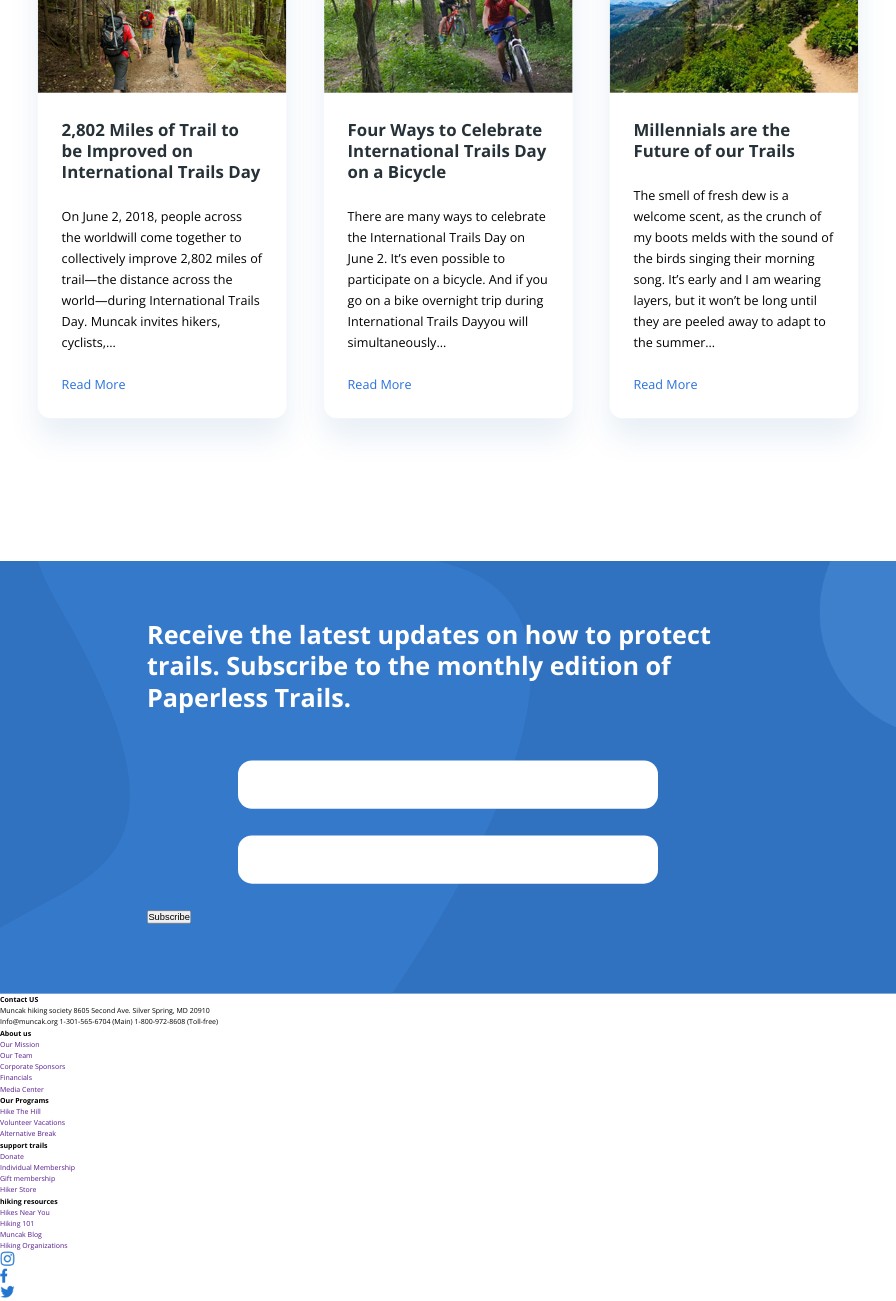
Repository: huubinh98/Project
Page: muncak/index.html
An editor plug-in stored every save of this project. The page is shown before and after the next save, followed by the edit.
The browser window is 1280 px wide. The pictures show the part of the page from y = 3708 to 5628 px (the page is 5567 px tall before and 5628 px after), at 70% of full size.

Above is the page before, as saved 2021-08-28 21:24:03.

### muncak/index.html
<!DOCTYPE html>
<html lang="en">

<head>
    <meta charset="UTF-8">
    <meta http-equiv="X-UA-Compatible" content="IE=edge">
    <meta name="viewport" content="width=device-width, initial-scale=1.0">
    <link rel="stylesheet" href="./style.css">
    <link rel="preconnect" href="https://fonts.googleapis.com">
    <link rel="preconnect" href="https://fonts.gstatic.com" crossorigin>
    <link href="https://fonts.googleapis.com/css2?family=Open+Sans:wght@300;400;600;700&display=swap" rel="stylesheet">
    <title>Muncak</title>
</head>

<body>
    <header class="header">
        <div class="container header-nav">
            <h1 class="logo"><a href="" class="logo-link"><img src="./image/Muncak.png" alt="" class="logo-img"></a>
            </h1>
            <ul class="nav-list">
                <li class="nav-item">
                    <a href="" class="nav-item-link">Home</a>
                </li>
                <li class="nav-item">
                    <a href="" class="nav-item-link">Go Hiking</a>
                </li>
                <li class="nav-item">
                    <a href="" class="nav-item-link">About</a>
                </li>
                <li class="nav-item">
                    <a href="" class="nav-item-link nav-highlight">Login</a>
                </li>
            </ul>
        </div>
        <div class="container-small">
            <h1 class="heading-banner">Lets get the top of Moutain</h1>
            <p class="heading-desc">Here is the hiking information you need to decide
                if it is right for you, and to make it more interesting,
                enjoyable, and safe.</p>
            <a href="#" class="btn c"> Get Started</a>
        </div>
    </header>
    <section class="about">
        <div class="container-small about-wrap">
            <h2 class="heading-name hearding-name-about">We envision a world where everyone
                has permanent access to a hiking trail</h2>
            <div class="about-item">
                <img src="./image/loa.png" alt="loa" class="about-img">
                <div class="about-content">
                    <h4 class="about-content-heading">Advocate</h4>
                    <p class="about-content-desc">We work with Congress, Federal agencies, and partners on policy issues
                        and legislation to ensure funding for trails, preservation of natural areas, and protection of
                        the hiking experience.</p>
                </div>
            </div>
            <div class="about-item">
                <img src="./image/bantay.png" alt="loa" class="about-img">
                <div class="about-content">
                    <h4 class="about-content-heading">Volunteer </h4>
                    <p class="about-content-desc">Trails don't maintain themselves. Individuals of any age and
                        experience level can become trail stewards. Give back to the trails you love, meet new people,
                        and enjoy the experience!</p>
                </div>
            </div>
            <div class="about-item">
                <img src="./image/nui.png" alt="loa" class="about-img">
                <div class="about-content">
                    <h4 class="about-content-heading">Explore</h4>
                    <p class="about-content-desc">Feel confident when you set out on your next trail adventure. Check
                        out our free hiking resources like tips for hiking with families, gear checklists, finding the
                        best trail for you.</p>
                </div>
            </div>
            <a href="" class="btn btn-about">Lean more</a>
        </div>
        <div class="container-small about-customer">
            <h2 class="heading-name">With the support of our members, and partners, we've improved trail access for millions of people</h2>
            <div class="customer-content">
                <p class="customer-text">We’ve Mobilized <span>558,768</span> Trail Volunteers</p>
                <p class="customer-text">We’ve Facilitated <span>41,146</span>
                    Miles of Trail Maintenance & Construction</p>
                <p class="customer-text">Volunteers Have Contributed <span>$108 Milion</span> in Volunteer Labor</p>
            </div>
        </div>
    </section>

    <!-- -----------new--------------- -->
    <section class="new">
        <div class="container-small">
            <h2 class="heading-name">Protecting Trails: Current News and Issues</h2>
            <div class="new-content">
                <div class="new-item">
                    <a href="#" class="new-item-picture">
                        <img src="./image/pic1.jpg" alt="pic1" class="new-item-img">
                    </a>
                    <div class="new-item-text">
                        <h3 class="new-item-name">2,802 Miles of Trail to be Improved on International Trails Day</h3>
                        <p class="new-item-desc">On June 2, 2018, people across the worldwill come together to
                            collectively improve 2,802 miles of trail—the distance across the world—during International
                            Trails Day. Muncak invites hikers, cyclists,…</p>
                        <a href="#" class="new-item-link">Read More</a>
                    </div>
                </div>
                <div class="new-item">
                    <a href="#" class="new-item-picture">
                        <img src="./image/pic2.jpg" alt="pic1" class="new-item-img">
                    </a>
                    <div class="new-item-text">
                        <h3 class="new-item-name">Four Ways to Celebrate International Trails Day on a Bicycle</h3>
                        <p class="new-item-desc">There are many ways to celebrate the International Trails Day on June 2. It’s even possible to participate on a bicycle. And if you go on a bike overnight trip during International Trails Dayyou will simultaneously…</p>
                        <a href="#" class="new-item-link">Read More</a>
                    </div>
                </div>
                <div class="new-item">
                    <a href="#" class="new-item-picture">
                        <img src="./image/pic3.jpg" alt="pic1" class="new-item-img">
                    </a>
                    <div class="new-item-text">
                        <h3 class="new-item-name">Millennials are the Future of our Trails</h3>
                        <p class="new-item-desc">The smell of fresh dew is a welcome scent, as the crunch of my boots melds with the sound of the birds singing their morning song. It’s early and I am wearing layers, but it won’t be long until they are peeled away to adapt to the summer…</p>
                        <a href="#" class="new-item-link">Read More</a>
                    </div>
                </div>
            </div>
        </div>
    </section>

    <div class="contact-footer">
        <div class="container form-contact">
            <h5 class="contact-heading">Receive the latest updates on how to protect trails.
                Subscribe to the monthly edition of Paperless Trails.</h5>
            <form action="">
                <input type="text" name="Name" id="" class="form-input">
                <input type="text" name="Email" id="" class="form-input">
                <button type="submit">Subscribe</button>
            </form>
        </div>
        <footer class="footer container">
            <div class="footer-info">
                <div class="footer-item">
                    <h4>Contact US</h4>
                    <p>Muncak hiking society
                        8605 Second Ave.
                        Silver Spring, MD 20910</p>
                    <p>
                        <span>Info@muncak.org</span>
                        <span>1-301-565-6704 (Main)</span>
                        <span>1-800-972-8608 (Toll-free)</span>
                    </p>
                </div>
                <div class="footer-item">
                    <h4>About us</h4>
                    <ul>
                        <li>
                            <a href="">Our Mission</a>
                        </li>
                        <li>
                            <a href="">Our Team</a>
                        </li>
                        <li>
                            <a href="">Corporate Sponsors</a>
                        </li>
                        <li>
                            <a href="">Financials</a>
                        </li>
                        <li>
                            <a href="">Media Center</a>
                        </li>
                    </ul>
                </div>
                <div class="footer-item">
                    <h4>Our Programs</h4>
                    <ul>
                        <li>
                            <a href="">Hike The Hill</a>
                        </li>
                        <li>
                            <a href="">Volunteer Vacations</a>
                        </li>
                        <li>
                            <a href="">Alternative Break</a>
                        </li>
                    </ul>
                </div>
                <div class="footer-item">
                    <h4>support trails</h4>
                    <ul>
                        <li>
                            <a href="">Donate</a>
                        </li>
                        <li>
                            <a href="">Individual Membership</a>
                        </li>
                        <li>
                            <a href="">Gift membership</a>
                        </li>
                        <li>
                            <a href="">Hiker Store</a>
                        </li>
                    </ul>
                </div>
                <div class="footer-item">
                    <h4>hiking resources</h4>
                    <ul>
                        <li>
                            <a href="">Hikes Near You</a>
                        </li>
                        <li>
                            <a href="">Hiking 101</a>
                        </li>
                        <li>
                            <a href="">Muncak Blog</a>
                        </li>
                        <li>
                            <a href="">Hiking Organizations</a>
                        </li>
                    </ul>
                </div>
            </div>
            <ul class="socical">
                <li class="socical-item">
                    <a href="" class="socical-item-link">
                        <img src="./image/instar.png" alt="" class="socical-item-img">
                    </a>
                </li>
                <li class="socical-item">
                    <a href="" class="socical-item-link">
                        <img src="./image/facebook.png" alt="" class="socical-item-img">
                    </a>
                </li>
                <li class="socical-item">
                    <a href="" class="socical-item-link">
                        <img src="./image/tiwer.png" alt="" class="socical-item-img">
                    </a>
                </li>
            </ul>
        </footer>
    </div>
</body>

</html>

### muncak/style.css
* {
    margin: 0;
    padding: 0;
    box-sizing: border-box;
}

html {
    font-size: 62.5%;
    line-height: 1.6rem;
    font-family: 'Open Sans', sans-serif;
    scroll-behavior: smooth;
}

ul, li {
    list-style: none;
}

a {
    text-decoration: none;
}

.container {
    max-width: 1404px;
    width: 100%;
    margin: 0 auto;
}

.container-small {
    max-width: 1172px;
    width: 100%;
    margin: 0 auto;
}

.btn {
    font-size: 2rem;
    line-height: 8rem;
    color: #fbfcfc;
    background-color: #2870db;
    border-radius: 40px;
    display: inline-block;
    padding: 0 66px;
    box-shadow: 0 22px 24px rgba(17, 83, 165, 0.21);
    transition: 0.25s ease;
}

.heading-name {
    font-size: 3.6rem;
    line-height: 5rem;
    text-align: center;
    margin: 0 auto;
    color: #263238;
    margin-bottom: 101px;
    max-width: 1000px;
}

.btn:hover {
    background-color: #1153a5;
}

/* ----------------------- */

.header {
    margin: 0 auto;
    max-width: 1900px;
    height: 1026px;
    background-color: white;
    background-image: url(./image/backgroudleft1.png), url(./image/Muncak-Landing-Page.png);
    background-position: left bottom, right top;
    background-repeat: no-repeat, no-repeat;
}

.header-nav {
    display: flex;
    justify-content: space-between;
    padding-top: 85px;
}

.logo{

}
.logo-link{

}
.logo-img{

}
.nav-list{

}
.nav-item{
    display: inline-block;
}
.nav-item-link{
    font-size: 1.8rem;
    font-weight: 400;
    line-height: 3.6rem;
    color: #fff;
    padding: 0 36px;
    display: inline-block;
}

.nav-highlight {
    background-color: #fff;
    color: #14215e;
    border-radius: 14px;
}

.heading-banner {
    font-size: 5rem;
    line-height: 6rem;
    color: #1c2056;
    margin-top: 144px;
    max-width: 400px;
}

.heading-desc {
    font-size: 1.8rem;
    line-height: 4rem;
    color: rgba(45, 32, 88, 0.65);
    max-width: 400px;
    margin-top: 43px;
    margin-bottom: 103px;
}

.btn-heading {
    margin-bottom: 310px;
}


/* -----------about---------------- */
.about {
    margin-top: 158px;
    margin-bottom: 98px;
    background-image: url(./image/backgroudleft2.png), url(./image/Muncak-Landing-Page2.png);
    background-repeat: no-repeat, no-repeat;
    background-position: left bottom, right center;
}

.about-wrap {
    margin-bottom: 105px;
}

.hearding-name-about {
    max-width: 700px;
}

.about-item {
    max-width: 549px;
}

.about-item:nth-child(2n + 1) {
    margin-left: auto;
    margin-top: -150px;
}

.about-item:nth-child(2n + 2) {
    margin-top: -109px;
}

.about-item:first-of-type {
    margin-top: 0;
}

.about-img {
    display: block;
    margin: 0 auto;
    margin-bottom: 63px;
}

.about-content {
    padding: 72px;
    border-radius: 18px;
    background-color: #fff;
    box-shadow: 0 27px 43px rgb(32 94 171 / 10%);
}

.about-content-heading {
    font-size: 2.4rem;
    line-height: 3.6rem;
    color: #263238;
    padding-bottom: 48px;
}

.about-content-desc {
    font-size: 1.8rem;
    line-height: 3.6rem;
    color: #546e7a;
}

.btn-about {
    float: right;
    margin-right: 163px;
    margin-top: -226px;
}

/* -----------customer-------------- */

.about-custumer {
    margin-top: 105px;
}

.customer-content {
    display: flex;
    justify-content: space-between;
}

.customer-text {
    text-align: center;
    font-size: 2.2rem;
    line-height: 2.3rem;
    color: #263238;
}

.customer-text span {
    font-size: 3.6rem;
    display: block;
    color: #1a56a3;
    font-weight: 700;
    line-height: 3.4rem;
    padding: 34px 0;
}

/* --------New-------------- */

.new {
    padding-top: 98px;
    padding-bottom: 102px;
}

.new-content {
    display: flex;
    justify-content: space-between;
}

.new-item {
    border-radius: 18px;
    box-shadow: 0 27px 43px rgb(32 94 171 / 10%);
    max-width: 355px;
    overflow: hidden;
}

.new-item-img {
    height: 222px;
    object-fit: cover;
    width: 100%;
}

.new-item-text {
    padding: 34px;
}

.new-item-name {
    font-size: 2.4rem;
    line-height: 3rem;
    color: #263238;
    padding-bottom: 33px;
}

.new-item-desc {
    font-size: 1.8rem;
    line-height: 3rem;
    padding-bottom: 30px;
}

.new-item-link {
    font-size: 1.8rem;
    line-height: 3rem;
    color: #2870db;
}


/* -----------contact-footer------------ */
.contact-footer {
    padding-top: 102px;
}

.form-contact {
    padding: 82px 210px 100px;
    background-color: #3072c0;
    background-image: url(./image/backgroudcontact.png);
    background-repeat: no-repeat;
    background-position: left;
}

.contact-heading {
    font-size: 3.6rem;
    line-height: 4.5rem;
    color: #fff;
    padding-bottom: 68px;
}

.form-input {
    display: block;
    max-width: 600px;
    width: 100%;
    margin: 0 auto;
    height: 69px;
    outline: none;
    border: navajowhite;
    margin-bottom: 38px;
    border-radius: 20px;
    font-size: 2.4rem;
    line-height: 3.6rem;
    padding: 0 37px;
    color: rgba(84, 110, 122, 0.6);
}

.btn-contact {
    height: 80px;
    padding: 0 74px;
    margin: 0 auto;
    display: block;
    font-size: 2rem;
    line-height: 4rem;
    color: #fbfcfc;
    background-color: #00aeff;
    border: none;
    outline: navajowhite;
    border-radius: 40px;
    margin-top: 33px;
}

After the next save:
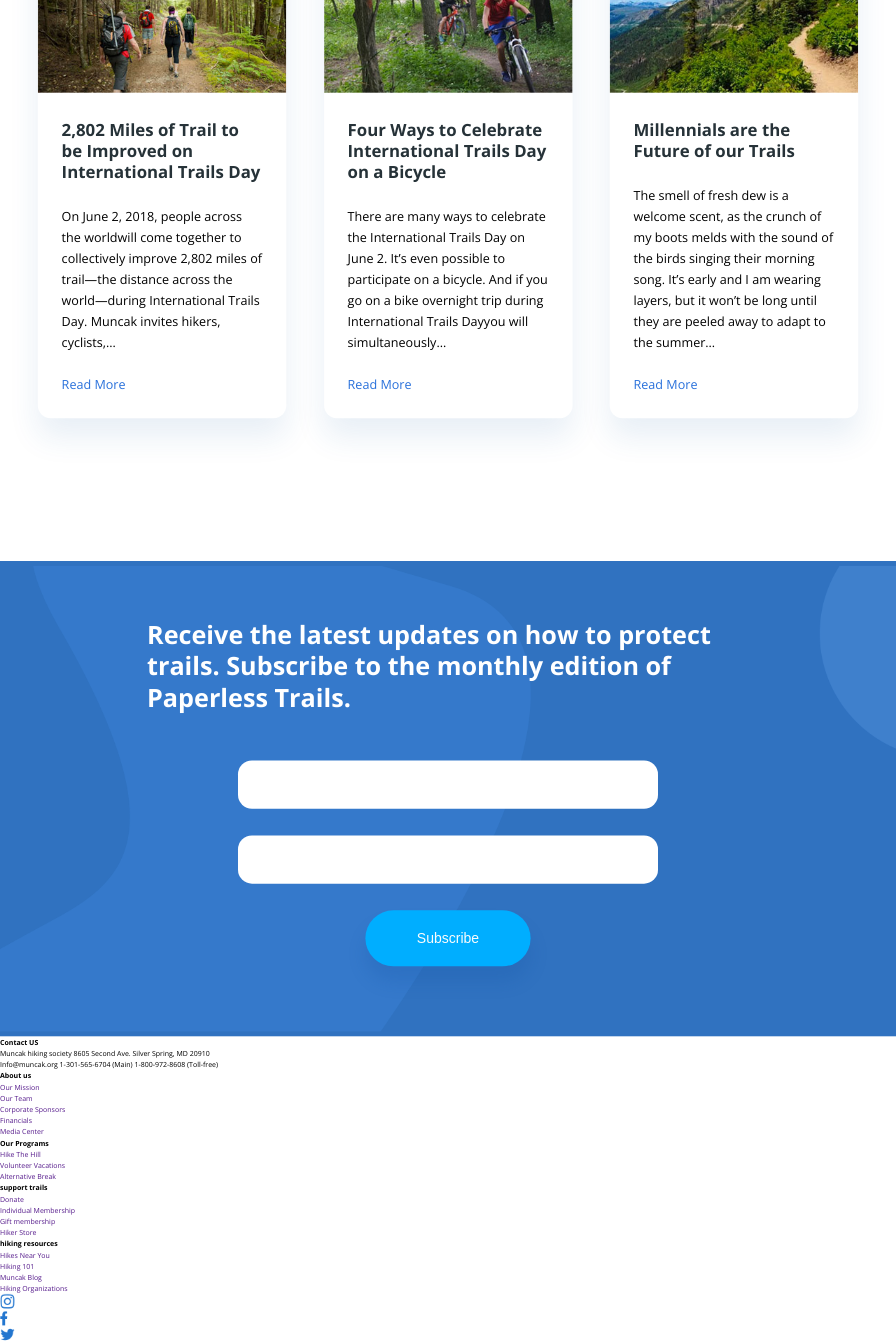
Saved 23 s later.
--- a/muncak/index.html
+++ b/muncak/index.html
@@ -132,7 +132,7 @@
             <form action="">
                 <input type="text" name="Name" id="" class="form-input">
                 <input type="text" name="Email" id="" class="form-input">
-                <button type="submit">Subscribe</button>
+                <button type="submit" class="btn btn-contact">Subscribe</button>
             </form>
         </div>
         <footer class="footer container">
